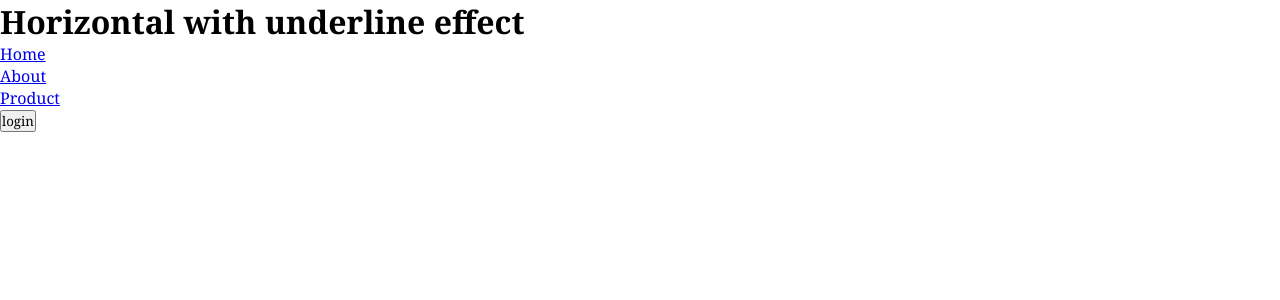
Repository: anjalipatel-dev/web-dev-learning-journey
Page: 03_html_css_ui_pages/01_navbar/index.html
An editor plug-in stored every save of this project. The page is shown before and after the next save, followed by the edit.
The browser window is 1280 px wide. The pictures show the whole page.

Above is the page before, as saved 2025-10-07 17:11:06.

### 03_html_css_ui_pages/01_navbar/index.html
<!DOCTYPE html>
<html lang="en">
<head>
    <meta charset="UTF-8">
    <meta name="viewport" content="width=device-width, initial-scale=1.0">
    <title>Navbar1</title>
    <link rel="stylesheet" href="styles.css">
</head>
<body>
    <h1>Horizontal with underline effect</h1>
    <nav class ="navbar1">
        <ul>
            <li><a href="#">Home</a></li>
            <li><a href="#">About</a></li>
            <li><a href="#">Product</a></li>
            <li><button>login</button></li>
        </ul>
    </nav>
</body>
</html>

### 03_html_css_ui_pages/01_navbar/styles.css
*{
    margin: 0;
    padding: 0;
    box-sizing: border-box;
    font-family:Georgia, 'Times New Roman', Times, serif
}

After the next save:
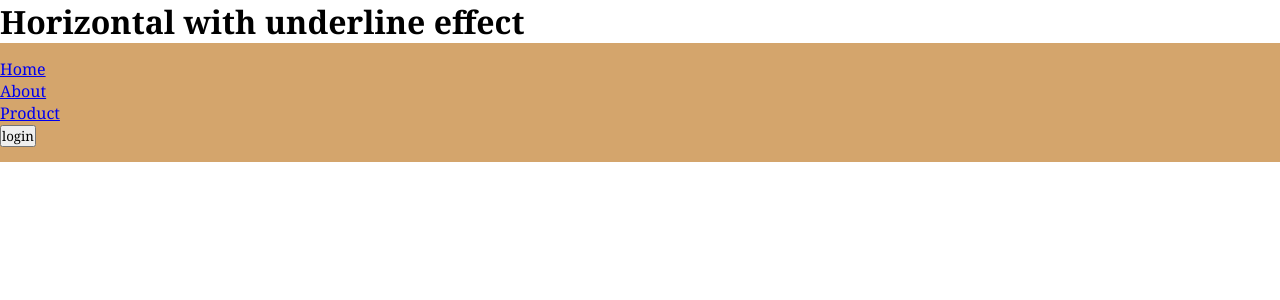
Saved 90 s later.
--- a/03_html_css_ui_pages/01_navbar/styles.css
+++ b/03_html_css_ui_pages/01_navbar/styles.css
@@ -4,3 +4,7 @@
     box-sizing: border-box;
     font-family:Georgia, 'Times New Roman', Times, serif
 }
+.navbar1{
+    background-color: rgb(212, 165, 108);
+    padding: 15px 0;
+}
